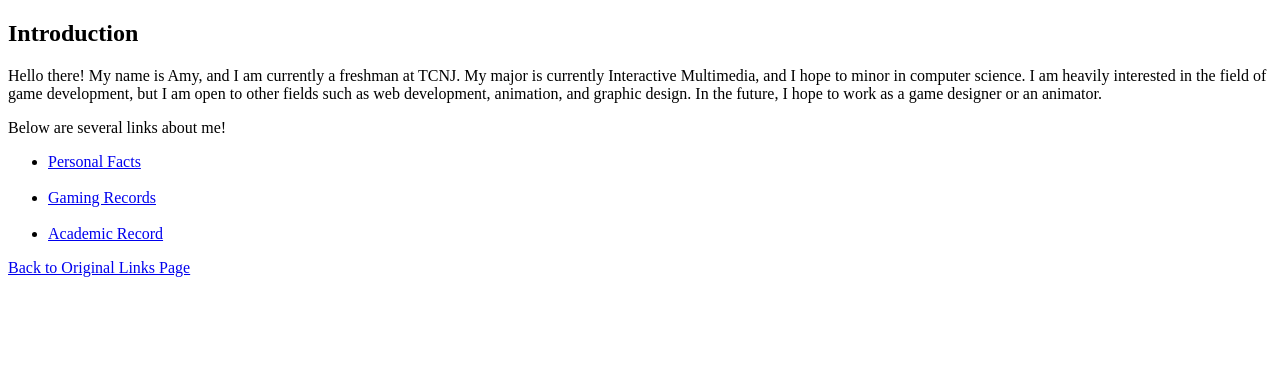
Repository: A-Vargas-GP/imm_my_website
Page: personal_site/introduction.html
The author's editor kept a record of every edit. The page is drawn from the files as they stood at one moment, then again after the next edit.
The browser window is 1280 px wide. The pictures show the whole page.

Above is the page before.

After the next edit:
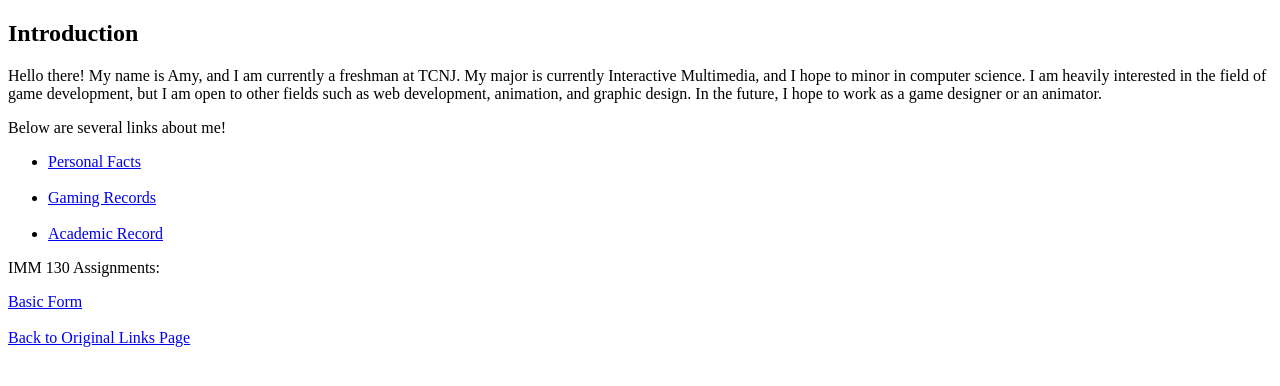
The edit:
--- a/personal_site/introduction.html
+++ b/personal_site/introduction.html
@@ -20,6 +20,12 @@
 
         </ul>
 
+        <p> IMM 130 Assignments: </p>
+        <a href = "../basic_form.html"> Basic Form </a>
+
+        <br />
+        <br />
+
         <a href = "../index.html"> Back to Original Links Page </a>
     </body>
 </html>
